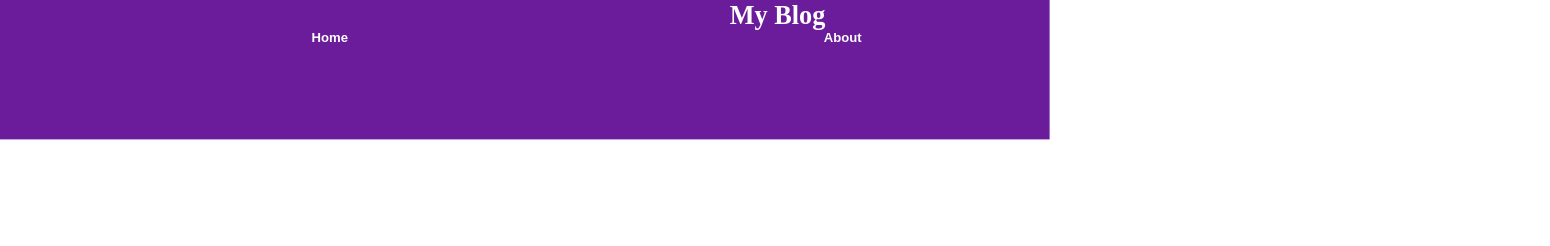
Repository: Femi007-gh/BLOG
Page: index.html
An editor plug-in stored every save of this project. The page is shown before and after the next save, followed by the edit.
The browser window is 1280 px wide. The page is 1890 px wide, then 1350 px, so the pictures cover 1890 px, including what lies to the right of the window. The pictures show the whole page, at 82% of full size.

Above is the page before, as saved 2025-01-08 07:07:10.

### index.html
<html>
  <head>
    <title>BLOG</title>
    <link rel="stylesheet" href="style.css">
  </head>
  <body>
    <header>
      <h1 class="head">My Blog</h1>
      <nav>
        <ul>
          <li><a href="#">Home</a></li>
          <li><a href="#">About</a></li>
          <li><a href="#">Contact</a></li>
        </ul>
      </nav>
    </header>
  </body>
</html>

### style.css
header {
  background-color: 6B1C9B;
  color: white;
  height: 170px;
}
* {
  margin: 0;
  padding: 0;
}

.desc {
  max-width: 1200px;
  margin: o auto;
  display: flex;
  align-items: center;
  justify-content: space-between;
}

header h1 {
  margin-left:890px;
}

nav ul {
  list-style-type: none;
  display:  flex;
}


 li a {
  color: white;
  text-decoration: none;
  font-weight: bold;
  margin-left: 380px;
  justify-content: space-evenly;
  margin-right: 200px;
}

li a{
  text-decoration: none;
  font-family: Arial;
}

After the next save:
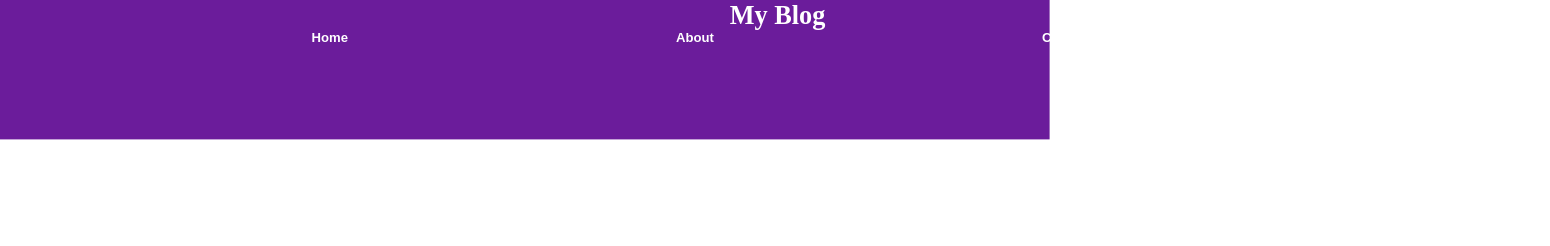
Saved 5 s later.
--- a/style.css
+++ b/style.css
@@ -32,7 +32,7 @@ nav ul {
   font-weight: bold;
   margin-left: 380px;
   justify-content: space-evenly;
-  margin-right: 200px;
+  margin-right: 20px;
 }
 
 li a{
